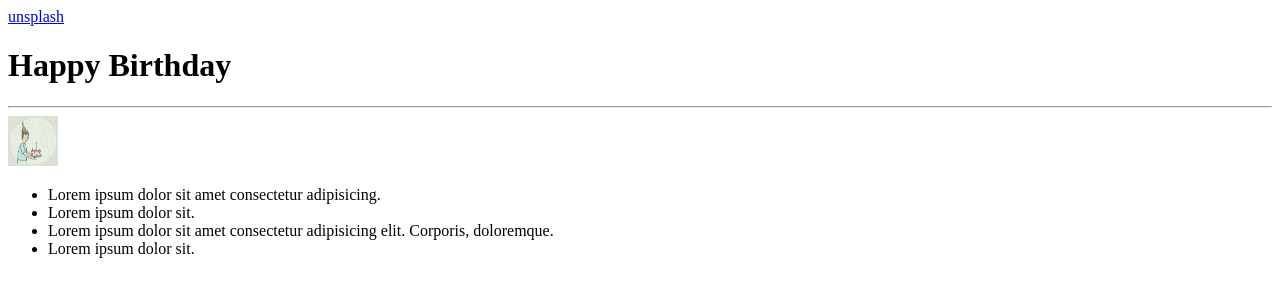
Repository: nguyendonghieu1011-png/project2
Page: index.html
An editor plug-in stored every save of this project. The page is shown before and after the next save, followed by the edit.
The browser window is 1280 px wide. The pictures show the whole page.

Above is the page before, as saved 2025-11-05 21:12:10.

After the next save:
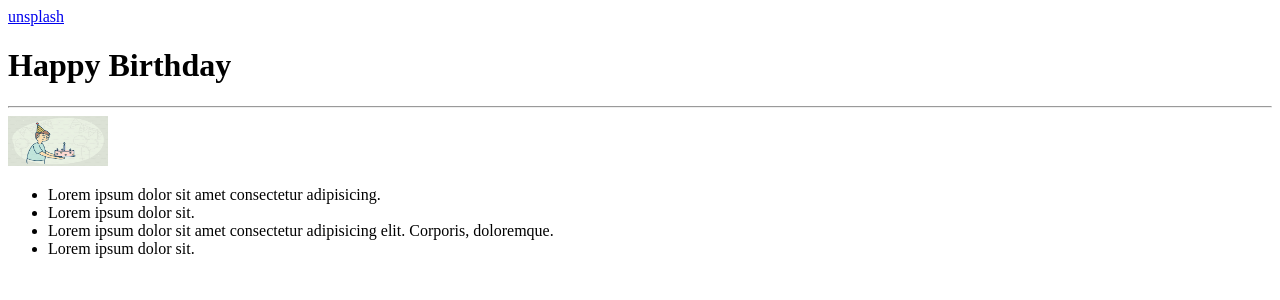
Saved 10 s later.
--- a/index.html
+++ b/index.html
@@ -10,7 +10,7 @@
 
     <h1>Happy Birthday</h1>
     <hr />
-    <img src="img/happtybirthday.jpg" alt="cake" width="50" height="50" />
+    <img src="img/happtybirthday.jpg" alt="cake" width="100" height="50" />
   </body>
 
   <ul>
